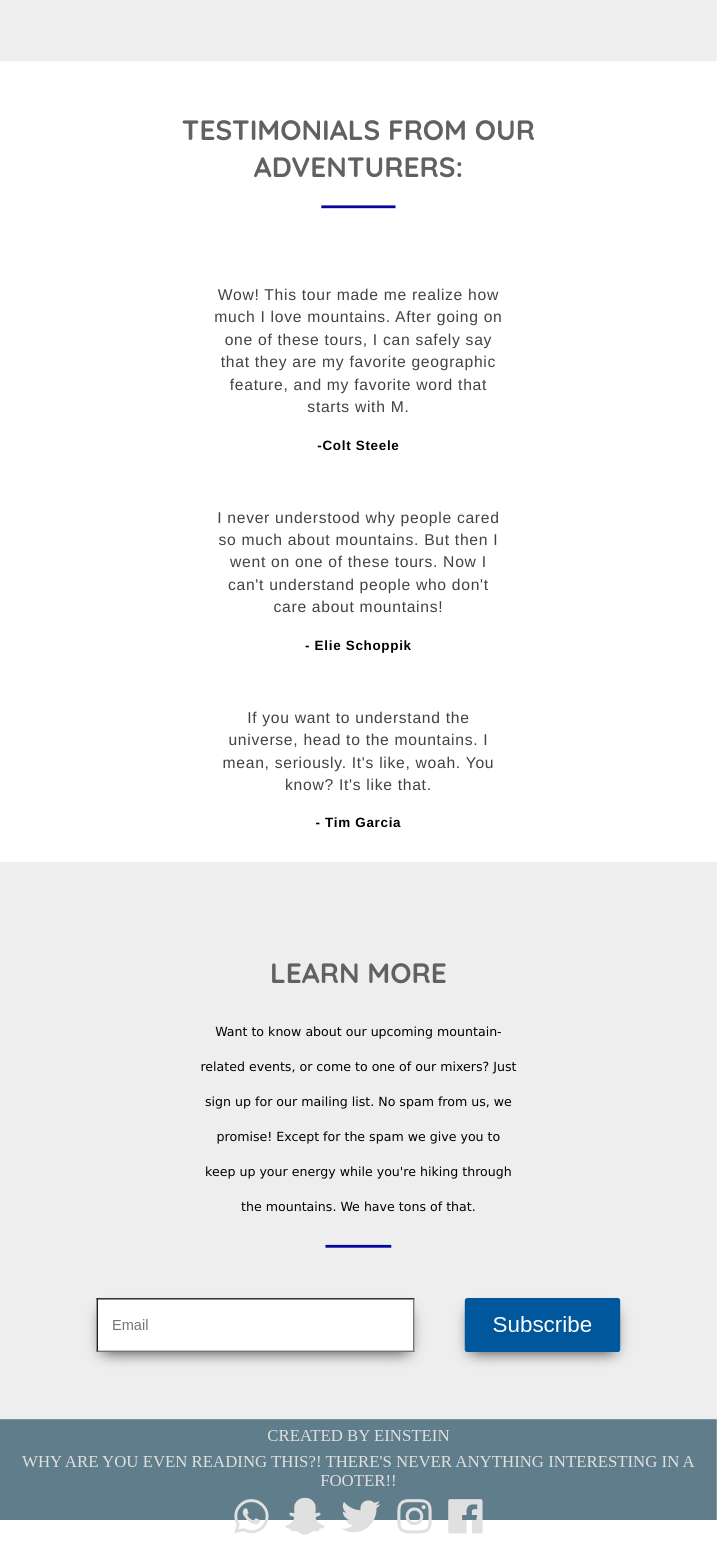
Repository: Einsteiniumeinsteinian/Advanced-CSS
Page: css-project-starter-code/index.html
These files come from the project's save history. The page is drawn as it stood at one moment and after the next save; the edit follows.
The browser window is 1024 px wide. The pictures show the part of the page from y = 3418 to 5658 px (the page is 5645 px tall before and 5658 px after), at 70% of full size.
Some web libraries are served in a nearby version.

Above is the page before, as saved 2021-09-02 14:02:57.

### css-project-starter-code/index.html
<!DOCTYPE html>
<html>
<head>
  <meta charset="utf-8">
  <meta name="viewport" content="width=device-width, initial-scale=1">
  <title>Mountain Travel</title>
  <link rel="stylesheet" href="https://use.fontawesome.com/releases/v5.0.7/css/all.css">

  <link rel="preconnect" href="https://fonts.googleapis.com">
  <link rel="preconnect" href="https://fonts.gstatic.com" crossorigin>
  <link
    href="https://fonts.googleapis.com/css2?family=Open+Sans:wght@300;400;600;700&family=Quicksand:wght@400;500;600;700&display=swap"
    rel="stylesheet">
  <link rel="stylesheet" href="https://maxcdn.bootstrapcdn.com/font-awesome/4.7.0/css/font-awesome.min.css">
  <!--? <link href="https://fonts.googleapis.com/css?family=Open+Sans" rel="stylesheet"> -->
  <link rel="stylesheet" href="assets/css/styles.css">
  <script>/* foo */</script>
</head>

<body>
  <!-- Forked from a template on Tutorialzine: https://tutorialzine.com/2016/06/freebie-landing-page-template-with-flexbox -->
  <header>
    <nav>
      <a href="#"> mountain travel</a>
      <span class="nav-span">
        <a href="#"> Tours</a>
        <a href="#"> About</a>
        <a href="#"> Contact Us</a>
      </span>
    </nav>
    <div class="top-container">
      <div class="header-text-wrapping">
        <h1>Mountain Travel</h1>
        <p>unmissable adventure tours around the world</p>
      </div>
            <button class="button"><span>Contact Us Now </span></button>

    </div>
  </header>


  <div class="line-breaker-div">
    <h1>
      Some Of Our Destination
    </h1>
    <p>
      Tired of the ocean? Are the plains too plain? Come along with us on one of our mountain adventures. Here are some
      pictures from people who have had elevated experiences with us.
    </p>
    <hr>
  </div>

  <!--* photo-section -->
  <section class="photo-section">
    <div class="photo-set-div">
      <img class="img" src="assets/img/mountain1.jpg" alt="">
      <img class="img img-2" src="assets/img/mountain2.jpg" alt="">
    </div>
    <div class="photo-set-div">

      <img class="img img-3" src="assets/img/mountain3.jpg" alt="">
      <img class="img" src="assets/img/mountain4.jpg" alt="">
    </div>
  </section>


  <!--* Packkage Section -->
  <section class="package-section">
    <div class="line-breaker-div">
      <h1>
        Tour Packages
      </h1>
      <p>
        Tired of the ocean? Are the plains too plain? Come along with us on one of our mountain adventures. Here are
        some
        pictures from people who have had elevated experiences with us.
      </p>
      <hr>
    </div>
    <div class="package-set">
      <div class="package">
        <i class="far fa-compass"></i>
        <h1>
          guided trips
        </h1>
        <p>Looking for the complete experience? Take a tour with one of our experts. They'll show you secrets that
          you're likely to
          miss otherwise.</p>
      </div>
      <div class="package">
        <i class="fas fa-camera-retro"></i>
        <h1>
          Photo Trips
        </h1>
        <p>Want to experience nature's beauty without all of that annoying exercise? Take a photo tour on one of our
          mountain
          buses.</p>
      </div>
    </div>
    <div class="package-set">
      <div class="package">
        <i class="fas fa-bicycle"></i>
        <h1>
          biking trips
        </h1>
        <p>If bicycles are more your speed, consider taking a tour through one of our mountain bike paths. We'll provide
          the bikes,
          and lunch too!</p>
      </div>
      <div class="package">
        <i class="fas fa-flag-checkered"></i>
        <h1>
          racing trips
        </h1>
        <p>Got a competitive spirit? Sign up for one of our mountain marathons! Try to reach the summit before anyone
          else.</p>
      </div>
    </div>
  </section>

    <div class="line-breaker-div">
      <h1>
        Testimonials From Our Adventurers:
      </h1>
      <hr>
    </div>
  <!--* Testimonial Section  -->
  <section class="testimonials-section">
    <article>
      <p>
        Wow! This tour made me realize how much I love mountains. After going on one of these tours, I can safely say
        that
        they
        are my favorite geographic feature, and my favorite word that starts with M.

      </p>
      <p class="author">-Colt Steele</p>
    </article>
    <article>
      <p>
        I never understood why people cared so much about mountains. But then I went on one of these tours. Now I can't
        understand people who don't care about mountains!
      </p>

      <p class="author">- Elie Schoppik</p>
    </article>

    <article>
      <p>
      If you want to understand the universe, head to the mountains. I mean, seriously. It's like, woah. You know? It's like
      that.
      </p>
      <p class="author">- Tim Garcia</p>
    </article>
  </section>

  <section class="newsletter-section">
<div class="line-breaker-div">
  <h1>
    LeaRN MORE
  </h1>
  <p>
Want to know about our upcoming mountain-related events, or come to one of our mixers? Just sign up for our mailing
list. No spam from us, we promise! Except for the spam we give you to keep up your energy while you're hiking through
the mountains. We have tons of that.
  </p>
  <hr>
</div>
<form class=".newsletter-form" action="">
  <input id="email" type="email" placeholder="Email">
  <button class="button">
    <span>Subscribe </span>
  </button>
</form>
  </section>

<!--* Footer -->
<footer>

<p class="watermark">created  by einstein</p>

  <p class="footer-text">
why are you even reading this?! There's never anything interesting in a footer!!
  </p>
  <div class="icon-pack">
<i class="fab fa-whatsapp"></i>
<i class="fab fa-snapchat-ghost"></i>
<i class="fab fa-twitter"></i>
<i class="fab fa-instagram"></i>
<i class="fab fa-facebook-f "></i>
  </div>
</footer>
</body>
</html>

### css-project-starter-code/assets/css/styles.css

body{
    margin: 0;
    min-width: 100vh;
    /* font-family: ; */
}

header{
  background-image: url('../img/main.jpg');
  /* background-color: #01579B; */
  background-repeat: no-repeat;
background-size: cover;
    min-height: 100vh;
    margin-bottom: 10vh;
}
@media screen and (max-width: 800px) {
    header{
        min-height: 100%;
    }
    nav{
        flex-direction: column;
        justify-content: space-between;

    }

}
nav{
    padding: 30px;
    padding-left: 100px;
    padding-right: 100px;
    display: flex;
    justify-content: space-between;
     /* min-height: 30vh; */
    text-transform: capitalize;
}
a{
    text-decoration: none;
    color: white;
}
span > a{
     padding: 20px;
     font-size: 1.2rem;
}
nav > a{
    letter-spacing: 2px;
    font-size: 1.8rem;
}
.top-container{
    margin-top: 15%;
    display: flex;
    flex-direction: column;
    flex-wrap: wrap;
    justify-content: center;
    align-items: center;
    color: #EEEEEE;
}

/** Header-text-wrapping  */
/* .header-text-wrapping{
    display: flex;
    flex-direction: column;
  align-items: center;
  flex-basis: 250px;
} */
.header-text-wrapping > h1{
    margin: 0;
    font-size: 4rem;
   text-align: center;
}
.header-text-wrapping > p{
    text-align: center;
    font-size: 2.5rem;
    margin: 35px 0;
    padding: 0 10px;

}

.button{
    padding: 20px 40px;
    color: white;
    background-color: #01579B;
    border: none;
    font-size: 200%;
    border-radius: 4px;
      transition: all 0.5s;
  cursor: pointer;
  margin: 36px;
  box-shadow: 0 10px 20px -8px rgba(0, 0, 0,.7);
}
.button span {
  cursor: pointer;
  display: inline-block;
  position: relative;
  transition: 0.5s;
}

.button span:after {
  content: '\00bb';
  position: absolute;
  opacity: 0;
  top: 0;
  right: -20px;
  transition: 0.5s;
}

.button:hover span {
  padding-right: 25px;
}

.button:hover span:after {
  opacity: 1;
  right: 0;
}

/** Line Breaker Div */
.line-breaker-div{
    margin: auto;
    margin-top: 10vh;
    margin-bottom: 5vh;
    max-width: 50%;
    text-align: center;
    line-height: 2em;
}

.line-breaker-div > h1{
      text-transform: uppercase;
      color: #616161;
      font-family: 'Quicksand', sans-serif;
      line-height: 1.3em;
    font-size: 2.5rem;
}
.line-breaker-div > p{
    font-size: 18px;
          font-family: 'Lucida Sans', 'Lucida Sans Regular', 'Lucida Grande', 'Lucida Sans Unicode', Geneva, Verdana, sans-serif;
          line-height:50px;
}

hr{
    margin-top: 30px;
    width: 20%;
    border: #07079e 2px solid;
}

@media screen and (max-width: 820px) {
    .line-breaker-div{
        padding: 0 50px;
    max-width: 100%;
    text-align: center;
    line-height: 2em;
}

.line-breaker-div > p{
    font-size: 1.5rem;
}

hr{
    width: 50%;
}
}

/** Photo Section */


@media screen and (min-width: 821px) {
.photo-section{
    padding: 60px;
    display: flex;
    flex-direction: column;
}
.photo-set-div{
    display: flex;
    height: 40vh;
    padding: 25px;

}

.img{
    flex-basis: 200px;
    min-width: 0;
flex-grow: 3;
  object-fit: cover;
}
.img-2{
    margin-left: 50px;
    flex-grow: 8;
}
.img-3{
    margin-right: 50px;
    flex-grow: 8;
}

}
@media screen and (max-width: 820px) {

.photo-section{
    padding: 60px;
    display: flex;
    flex-direction: column;
}

.photo-set-div{
    display: flex;
    flex-direction: column;
}

.img{
    padding: 5% 0;
    width: 100%;
    height: 70vh;
    object-fit: cover;
}

}



/** Packages */
.package-section{
    padding: 60px;
    background-color: #EEEEEE;
}
.package-set{
    display: flex;
}
.package{
    text-align: center;
    line-height: 2em;
    margin-top: 50px;
    padding: 50px;
}
.package > h1{
    /* font-family: 'Quicksand', sans-serif; */
    color: #424242;
    text-transform: uppercase;
    font-weight: bold;
    font-size: 35px;
}
      .package > p{
                  font-size: 1.3em;
          font-family: cursive;
      }
.package > i{
    font-size: 6em;
    color: #448AFF;
}
@media screen and (max-width: 820px) {
    .package-set{
        flex-direction: column;
    }
    .package > h1{
        font-size: 50px;
    }
      .package > p{
          font-size: 1.8em;
          line-height: 7vh;
      }
    .package > i{
        font-size: 7em;
    }

}

/** testimonials-section */
.testimonials-section{
    padding: 20px 60px;
    display: flex;
    flex-direction: column;
}
article{
      text-align: center;
    line-height: 2em;
    margin-top: 30px;
    letter-spacing: 1px;
  font-family: 'Franklin Gothic Medium', 'Arial Narrow', Arial, sans-serif;
    padding: 0 100px;
}
article > p{
    padding: 0 20%;
}
article > p:not(.author){
    font-size: 1.4em;
    color: #424242;
}
P.author{
font-weight: bold;
font-size: 1.2rem;
}

@media screen and (max-width: 820px) {
    article{
    line-height: 3em;
    padding: 0 50px;
}
    article > p{
    padding: 0;
}
    article > p:not(.author){
    font-size: 1.8em;
    color: #424242;
}
P.author{
font-weight: bold;
font-size: 1.6rem;
}
}
/** Newslletter  */
.newsletter-section{
    padding: 60px;
    background-color: #EEEEEE;
}
form{
    display: flex;
    /* flex-direction: column; */
    justify-content: center;

}

input{
      margin: 36px;
    background-color: white;
    width: 40vw;
    padding: 20px;
    box-shadow: 0 10px 20px -8px rgba(0, 0, 0,.7);
    font-size: 1.3rem;
}
input:focus{
   outline: none;
}
::placeholder{
    font-size: 1.3rem;
}
@media screen and (max-width: 575px) {
   form{
        flex-direction: column;
        align-items: center;
    }
    input{
          min-width: 100vw;
          height: 40px;
    }
    ::placeholder{
    font-size: 1.8rem;
}

}
/** Footer */
footer{
    display: flex;
    justify-content: space-around;
    align-items: center ;
    margin: 0;
    background-color: #607d8b;
    height: 8vh;
    color: #E0E0E0;
}

footer > p{
    margin: 0;
    text-transform: uppercase;
}
.icon-pack > i{
    padding: 0 10px;
    font-size: 2rem;
}
@media screen and (max-width: 1220px) {
footer{
    flex-direction: column;
    height: 20vh;
}


footer > p{
    margin-top: 10px;
    text-align: center;
  font-size: 1.5rem;
}
.footer-text{
    margin-bottom: 10px;
}
.icon-pack > i{
    font-size: 3.5rem;
}
}

After the next save:
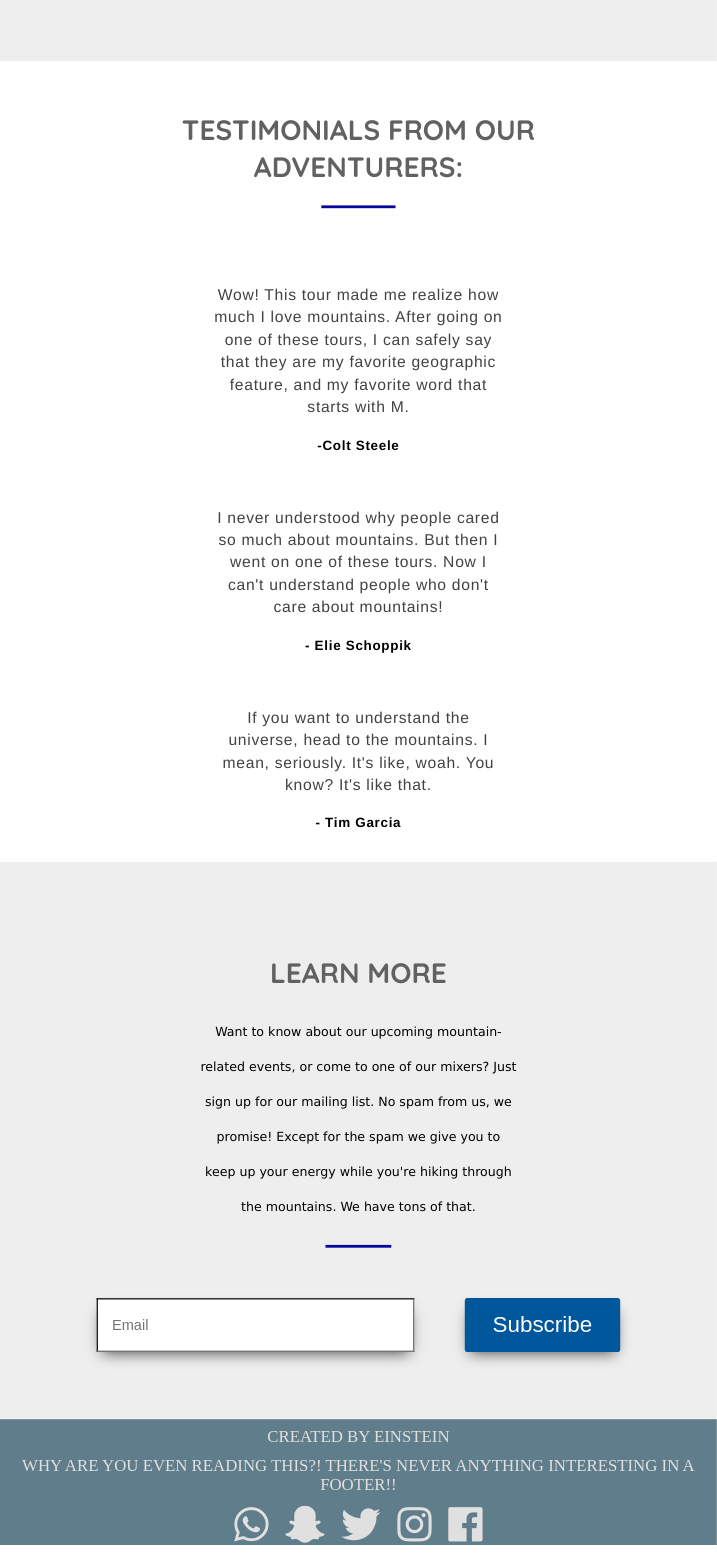
Saved 16 s later.
--- a/css-project-starter-code/assets/css/styles.css
+++ b/css-project-starter-code/assets/css/styles.css
@@ -365,7 +365,7 @@ footer > p{
 @media screen and (max-width: 1220px) {
 footer{
     flex-direction: column;
-    height: 20vh;
+    height: 25vh;
 }
 
 
